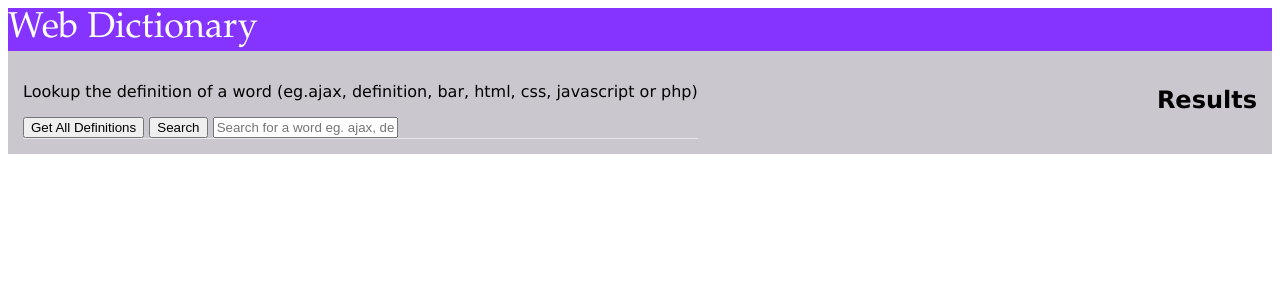
Repository: zBraVo17/info2180-lab6
Page: index.html
The author's editor kept a record of every edit. The page is drawn from the files as they stood at one moment, then again after the next edit.
The browser window is 1280 px wide. The pictures show the whole page.
Some web libraries are served in a nearby version.

Above is the page before.

After the next edit:
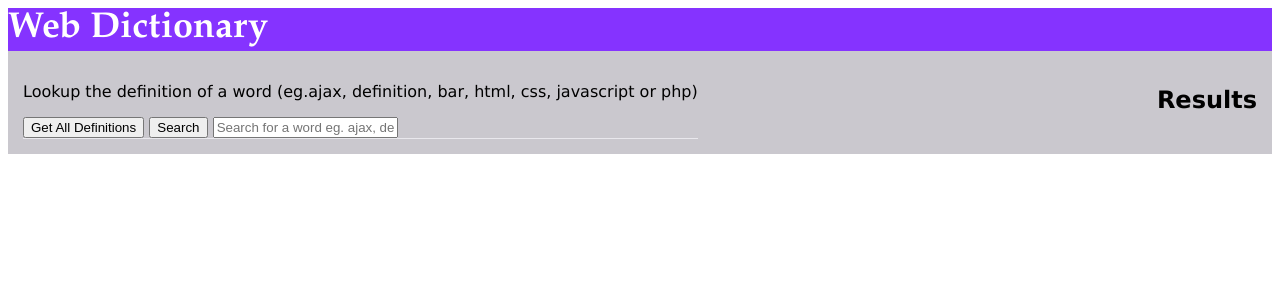
The edit:
--- a/index.html
+++ b/index.html
@@ -7,7 +7,7 @@
   </head>
 
   <body>
-    <div><h1>Web Dictionary</h1></div>
+    <div><h1><strong>Web Dictionary</strong></h1></div>
   	 <div class="container">
      <div id="search">
       <p> Lookup the definition of a word (eg.ajax, definition, bar, html, css, javascript or php) </p>
